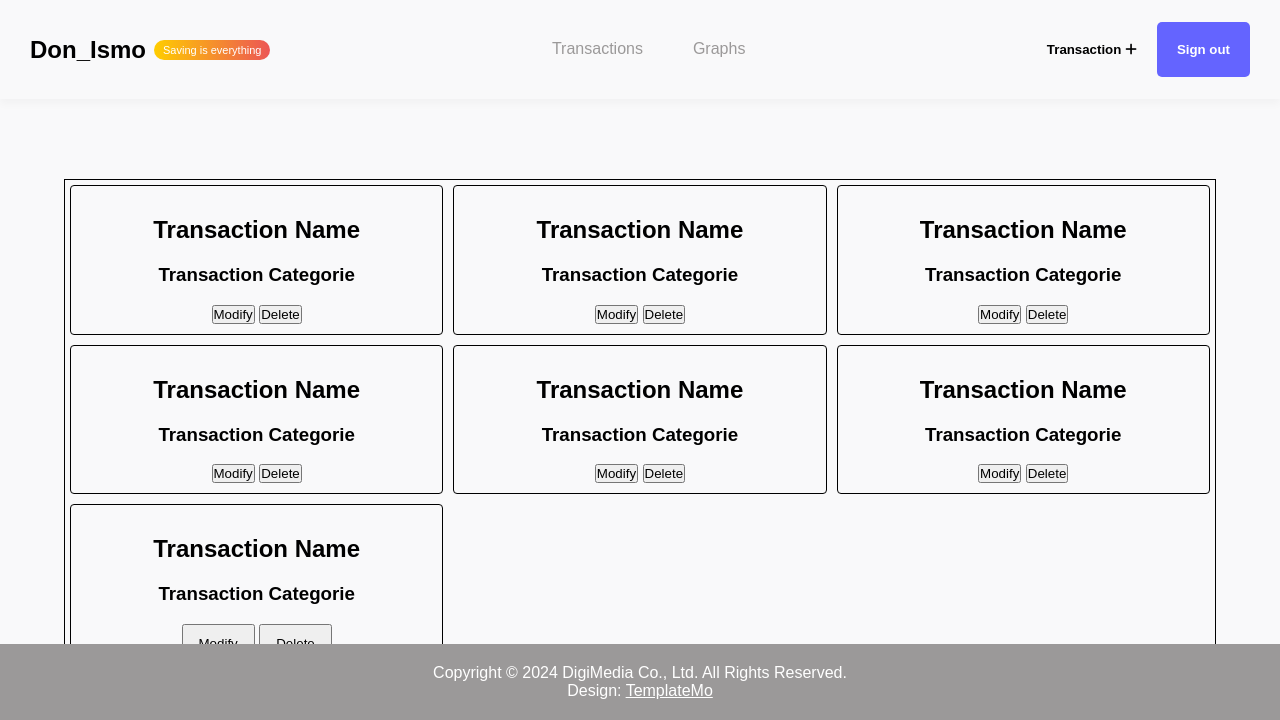
Repository: Ismail-ibr/pfa
Page: Dashboard/index.html
The author's editor kept a copy of each file at every save. The page is drawn from the files as they stood at one save, then again after the next save.
The browser window is 1280 px wide. The pictures show the whole page.

Above is the page before, as saved 2024-05-16 23:13:12.
Console error: ReferenceError: closeButton is not defined

After the next save:
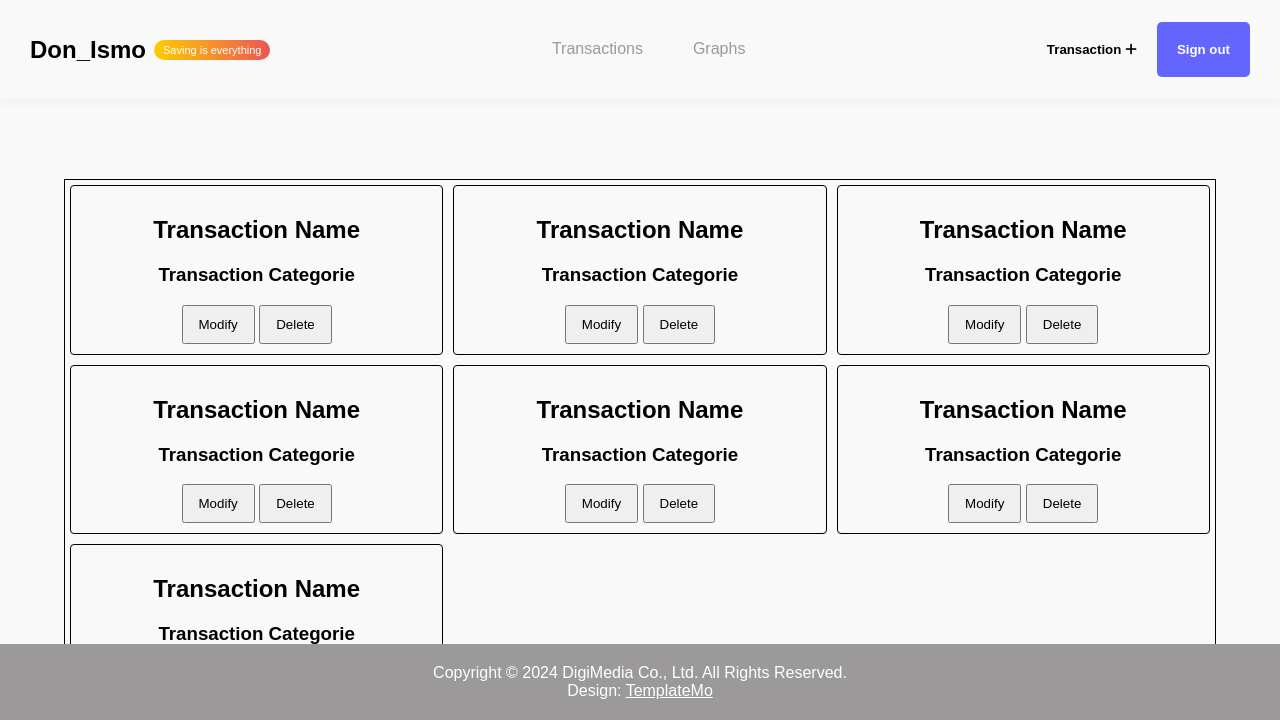
Saved 30 s later.
--- a/Dashboard/index.html
+++ b/Dashboard/index.html
@@ -73,7 +73,7 @@
                         <h2>Transaction Name</h2>
                         <h3>Transaction Categorie</h3>
                     </div>
-                    <div class="buttons-transctions">
+                    <div class="btns_transac">
                         <button class="modifier">Modify</button>
                         <button class="supprimer">Delete</button>
                     </div>
@@ -83,7 +83,7 @@
                         <h2>Transaction Name</h2>
                         <h3>Transaction Categorie</h3>
                     </div>
-                    <div class="buttons-transctions">
+                    <div class="btns_transac">
                         <button class="modifier">Modify</button>
                         <button class="supprimer">Delete</button>
                     </div>
@@ -93,7 +93,7 @@
                         <h2>Transaction Name</h2>
                         <h3>Transaction Categorie</h3>
                     </div>
-                    <div class="buttons-transctions">
+                    <div class="btns_transac">
                         <button class="modifier">Modify</button>
                         <button class="supprimer">Delete</button>
                     </div>
@@ -103,7 +103,7 @@
                         <h2>Transaction Name</h2>
                         <h3>Transaction Categorie</h3>
                     </div>
-                    <div class="buttons-transctions">
+                    <div class="btns_transac">
                         <button class="modifier">Modify</button>
                         <button class="supprimer">Delete</button>
                     </div>
@@ -113,7 +113,7 @@
                         <h2>Transaction Name</h2>
                         <h3>Transaction Categorie</h3>
                     </div>
-                    <div class="buttons-transctions">
+                    <div class="btns_transac">
                         <button class="modifier">Modify</button>
                         <button class="supprimer">Delete</button>
                     </div>
@@ -123,7 +123,7 @@
                         <h2>Transaction Name</h2>
                         <h3>Transaction Categorie</h3>
                     </div>
-                    <div class="buttons-transctions">
+                    <div class="btns_transac">
                         <button class="modifier">Modify</button>
                         <button class="supprimer">Delete</button>
                     </div>
